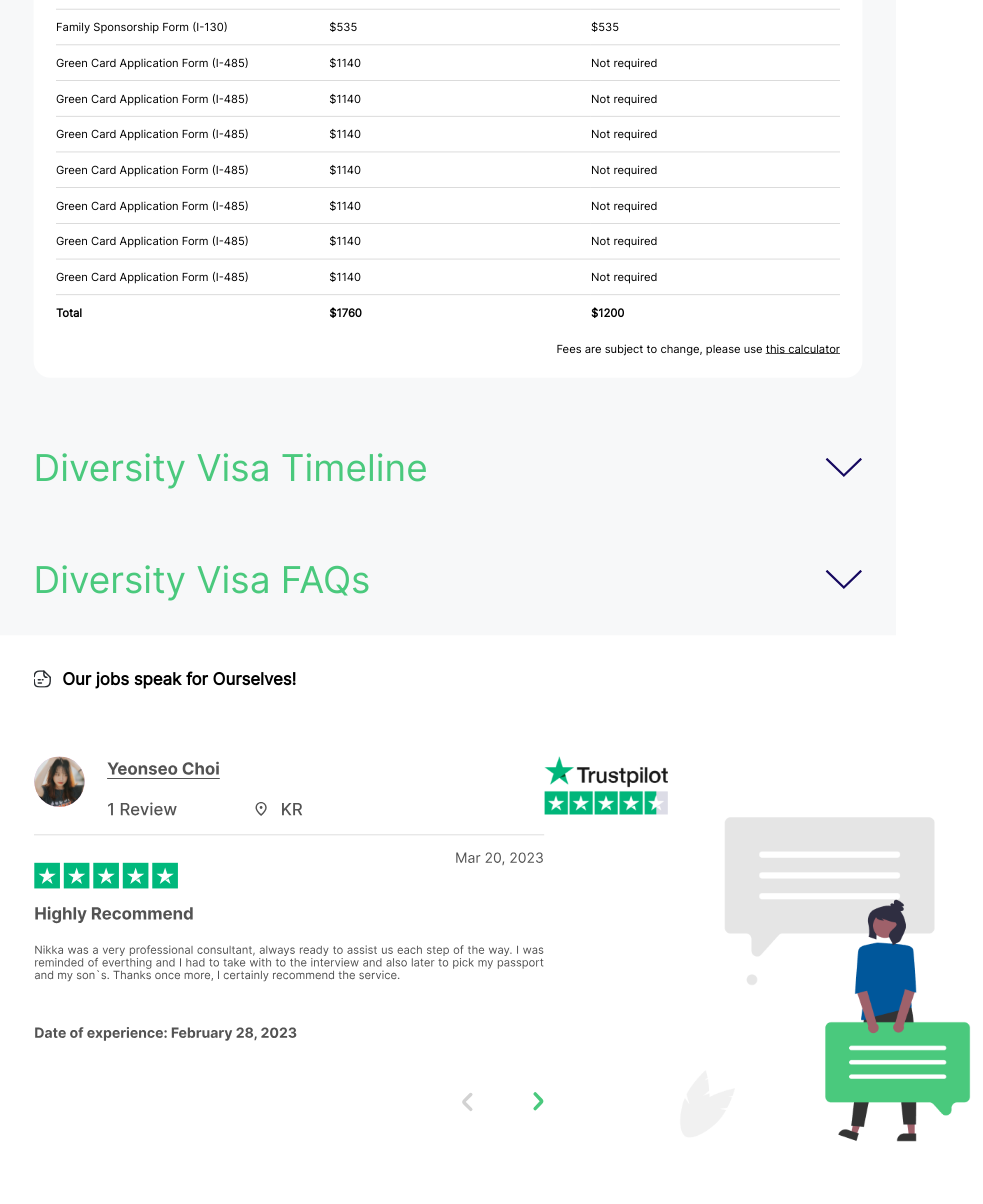
Repository: switch247/small_ui
Page: /
An editor plug-in stored every save of this project. The page is shown before and after the next save, followed by the edit.
The browser window is 1280 px wide. The page is 1404 px wide, so the pictures cover 1404 px, including what lies to the right of the window. The pictures show the part of the page from y = 1432 to 3152 px (the page is 3152 px tall), at 70% of full size.
The project was rebuilt for these pictures with package versions that can differ from the ones it lists, and the page was loaded fresh each time.

Above is the page before, as saved 2023-10-12 17:55:14.

After the next save:
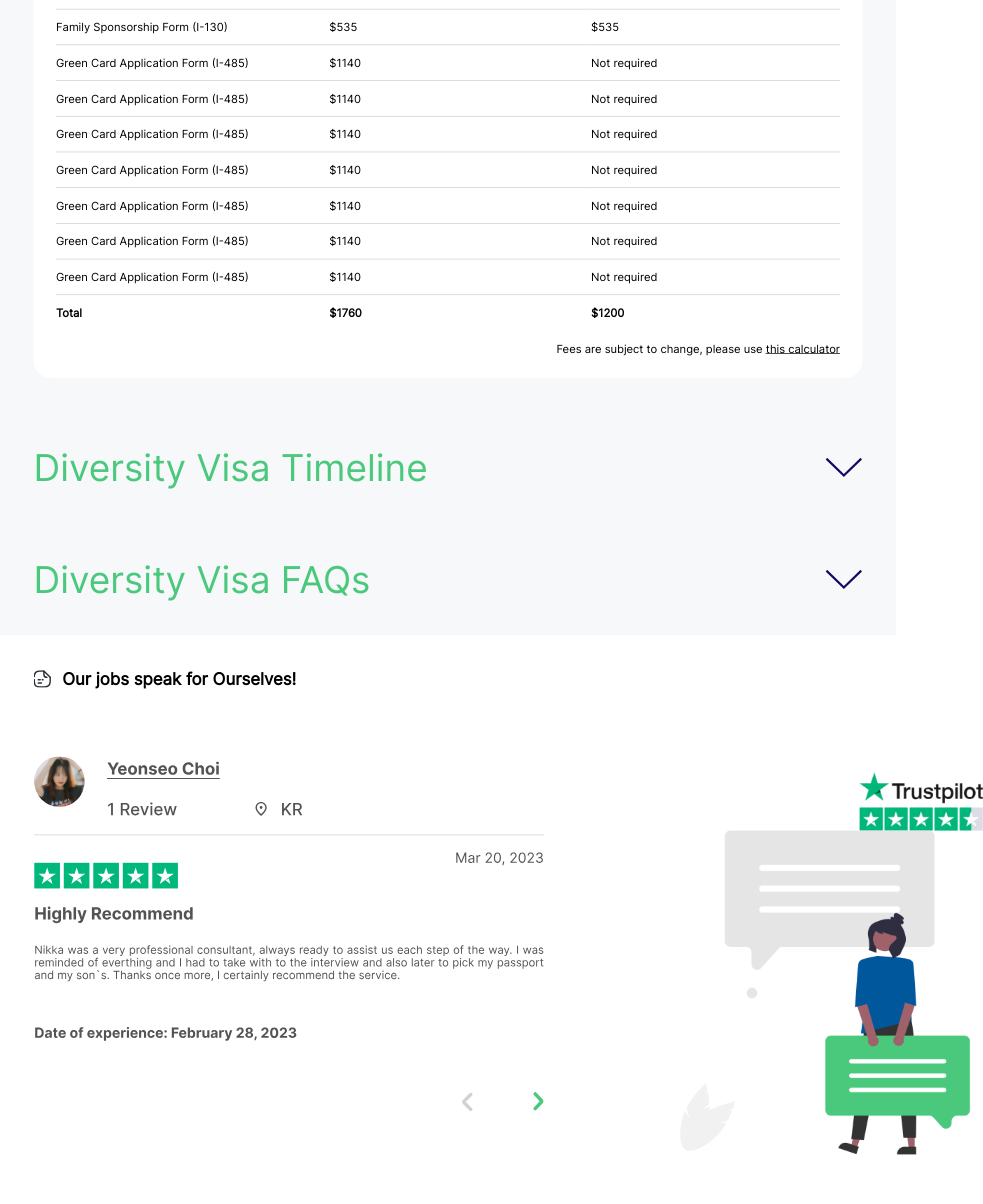
Saved 52 s later.
--- a/src/css/components/Testmonials.css
+++ b/src/css/components/Testmonials.css
@@ -13,4 +13,8 @@
   padding: 3rem;
 }
 .testmonial_right {
+  display: flex;
+  flex-direction: column;
+  align-items: flex-end;
+  justify-content: center;
 }
